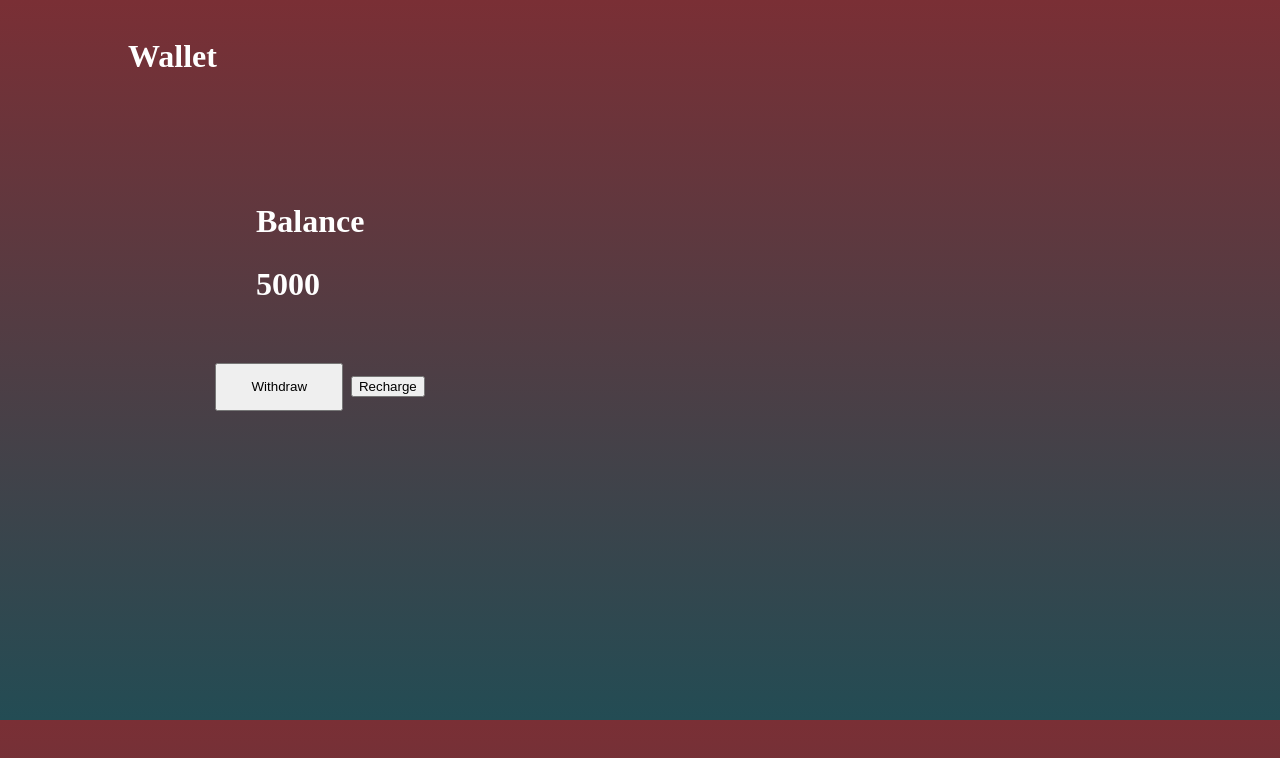
Repository: jagan607/N-Kalari
Page: /
The author's editor kept a copy of each file at every save. The page is drawn from the files as they stood at one save, then again after the next save.
The browser window is 1280 px wide. The pictures show the whole page.
The project was rebuilt for these pictures with package versions that can differ from the ones it lists, and the page was loaded fresh each time. Also part of the build but not shown: src/App.css, src/helpers/firebase.js, src/components/Login/Login.js.

Above is the page before, as saved 2022-01-07 17:30:26.

After the next save:
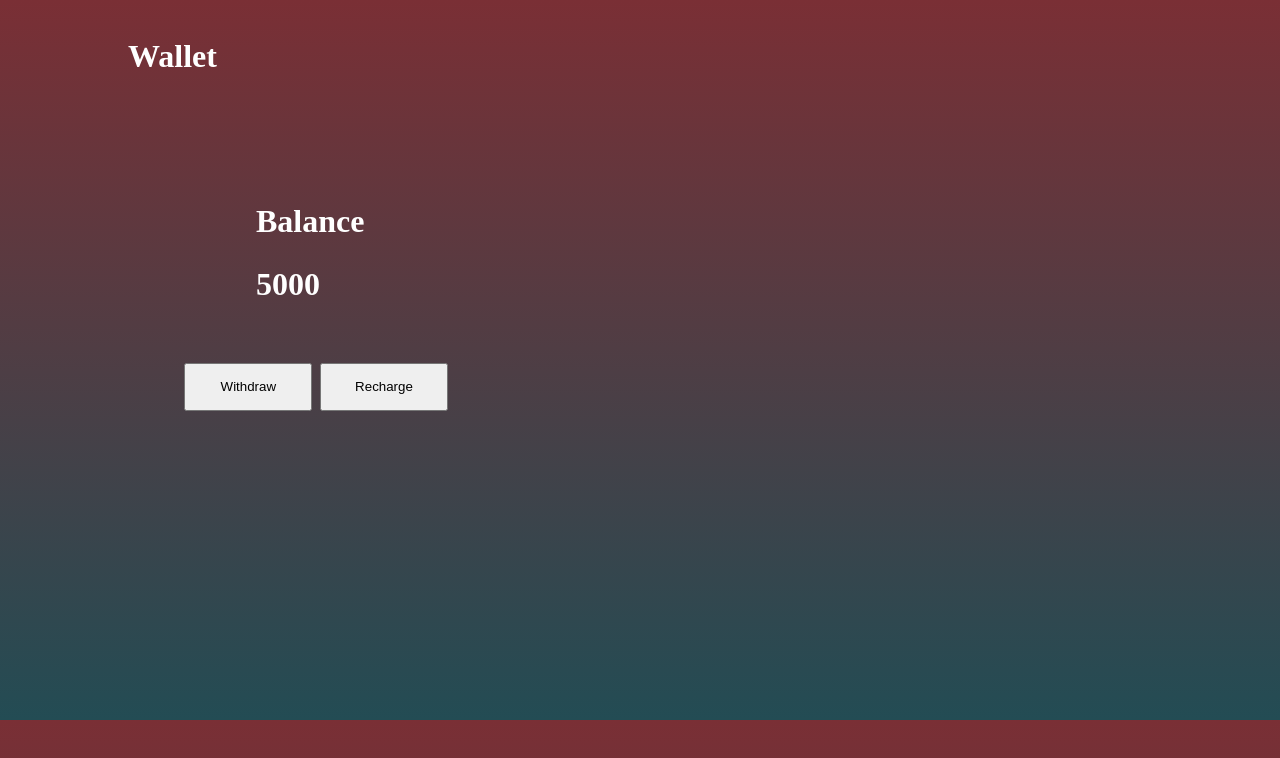
Saved 94 s later.
--- a/src/components/wallet/index.css
+++ b/src/components/wallet/index.css
@@ -31,3 +31,9 @@
     width: 8rem;
     height: 3rem;
 }
+
+.recharge{
+    margin-right: 2%;
+    width: 8rem;
+    height: 3rem;
+}
